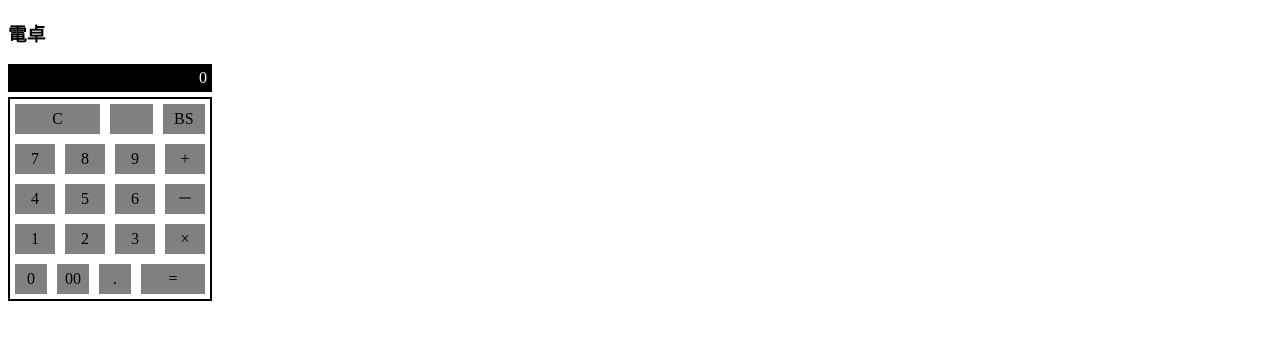
Repository: haya67/jsCalculator
Page: index.html
The author's editor kept a record of every edit. The page is drawn from the files as they stood at one moment, then again after the next edit.
The browser window is 1280 px wide. The pictures show the whole page.
Some web libraries are served in a nearby version.

Above is the page before.

### index.html
 <!DOCTYPE html>
 <html lang="en">
 <head>
 <meta charset="utf-8">
 <script src="https://code.jquery.com/jquery-3.2.1.js" integrity="sha256-DZAnKJ/6XZ9si04Hgrsxu/8s717jcIzLy3oi35EouyE=" crossorigin="anonymous"></script>
 <link rel="stylesheet" href="main.css">
 <title>電卓</title>
 </head>

 <body>
 <h3>電卓</h3>

 <!-- ここに記述していきましょう！ -->
 <div class = "container">

<!--      計算結果を出力する場所-->
      <div id = "output_total" class="output ">0</div>

<!--      計算過程を出力する -->
      <div id = "output_sub" class="output active">0</div>

<!--      ボタンを配置する場所-->
      <div class = 'input'>
          <section class = 'row'>
            <div id = "clear">C</div>
            <div class = "num_bth"></div>
            <div class = "num_bth" id="bs">BS</div>

          </section>
          <section class = 'row'>
            <div class = "num_bth one_nine " data-index-id = 7 >7</div>
            <div class = "num_bth one_nine " data-index-id = 8 >8</div>
            <div class = "num_bth one_nine " data-index-id = 9 >9</div>
            <div class = "num_bth cal" data-index-id = '+'>+</div>

          </section>
          <section class = 'row'>
            <div class = "num_bth one_nine " data-index-id = 4 >4</div>
            <div class = "num_bth one_nine " data-index-id = 5 >5</div>
            <div class = "num_bth one_nine " data-index-id = 6 >6</div>
            <div class = "num_bth cal" data-index-id = '-'>－</div>
          </section>
          <section class = 'row'>
            <div class = "num_bth  one_nine" data-index-id = 1 >1</div>
            <div class = "num_bth  one_nine" data-index-id = 2 >2</div>
            <div class = "num_bth one_nine " data-index-id = 3 >3</div>
            <div class = "num_bth cal" data-index-id = '*'>×</div>
          </section>
          <section class = 'row'>
            <div class = "num_bth" id="zero" data-index-id = 0 >0</div>
            <div class = "num_bth" data-index-id = 00 >00</div>
            <div class = "num_bth" id="point" data-index-id = . >.</div>
            <div id = 'equal_btn'>=</div>
          </section>
      </div>
    </div>

 <script src="main.js"></script>
 </body>
 </html>

### main.css
.container {
  width: 200px;
}

.output {
  width: 194px;
  text-align: right;
  padding: 5px;
  margin-bottom: 5px;
  color: white;
  background-color: black;
  /*box-sizing: border-box;*/
  display:none;
}

.output.active {
  display:block;
}

.input {
  width:200px;
  border: 2px solid black;
}

.row {
  display: flex;
  justify-content: space-between;
  width: 200px;
}

.num_bth {
  width: 60px;
  height: 30px;
  text-align: center;
  line-height: 30px;
  background: gray;
  cursor: pointer;
  margin: 5px;
}

#clear, #equal_btn{
  width: 120px;
  text-align: center;
  line-height: 30px;
  background: gray;
  cursor: pointer;
  margin: 5px;
}

### main.js
$(document).ready(function(){

    const num_bth = document.querySelectorAll('.num_bth');

    // 計算結果を表示する所
    let output_sub = document.getElementById('output_sub');

    // 計算過程を表示するところ
    const output_total = document.getElementById('output_total');

    // 計算式を表す変数
    let total = 0;

    // // 最初の状態を定義
    let state = 'start';

    // 最初の整数入力モード
    let mode = 'integer_mode';


    // 1~9を押した時
    const one_nine = document.querySelectorAll ('.one_nine');
    one_nine.forEach(index => {
        index.addEventListener('click', () => {
            if(state === 'start') {
                total = index.dataset.indexId;
            }else if (state === 'finish') {
                reset();
                total = index.dataset.indexId;
            }else if (state === 'calculation' ) {
                total += index.dataset.indexId;
            }
            output_sub.textContent = total;
            state = 'calculation'
            // changeOutput()
        });
    });


    // 0を押したとき
    const zero = document.getElementById('zero');
    zero.addEventListener('click', () => {
        if(state === 'start' || state === 'finish' || state === 'calBtn'){
            if(output_sub.textContent.slice(-1) === '0') {
                console('前の文字はゼロ');
                return;
            }
        }

        if(state === 'start') {
            total = zero.dataset.indexId;
        }else {
            total += zero.dataset.indexId;
        }
        output_sub.textContent = total;
    });


    // .を押したとき
    const point = document.getElementById('point');
    point.addEventListener('click' , () => {
        console.log(point.dataset.indexId)
        if(mode === 'decimal_mode') {
            return;
        }
        if (state === 'start' || state === 'finish' ) {
            total = 0;
        }else if(state = 'calBtn') {
            if(output_sub.textContent.slice(-1) !=='0'){
                total += 0;
            }
        }
        total += point.dataset.indexId

        output_sub.textContent = total;
        state = 'calculation';
        mode = 'decimal_mode';

    });

    // +÷-×を押したとき
    const cal = document.querySelectorAll('.cal');
    cal.forEach(index => {
        index.addEventListener('click' , () => {
            if (state === 'start') {
                return;
            }else if(state === 'calculation') {
                total += index.dataset.indexId;
            }else if(state === 'finish') {
                total = output_total.textContent;
                total += index.dataset.indexId;
                output_total.textContent = 0;
            }
            console.log(index.dataset.indexId);
            output_sub.textContent = total;
            state = 'calBtn';
            mode = 'integer_mode';
        });
    });




    // =を押した時
    const equal_btn = document.getElementById('equal_btn');
    equal_btn.addEventListener('click', () => {
        console.log(eval(total));
        output_total.textContent = eval(total);
        state = 'finish';
        mode = 'integer_mode';
    });


    // Cを押した時
    const clear = document.getElementById('clear')
    clear.addEventListener('click' , () =>{
        reset();
    });

    function reset() {
        total = 0;
        output_sub.textContent = 0;
        output_total.textContent = 0;
        mode = 'integer_mode';
    };


    // // 計算過程画面と計算結果画面の切り替え
    function changeOutput() {
        if (state === 'finish') {
            output_total.classList.add('active');
            output_sub.classList.remove('active');
        } else{
            output_sub.classList.add('active');
            output_total.classList.remove('active');
        }
    };





})

After the next edit:
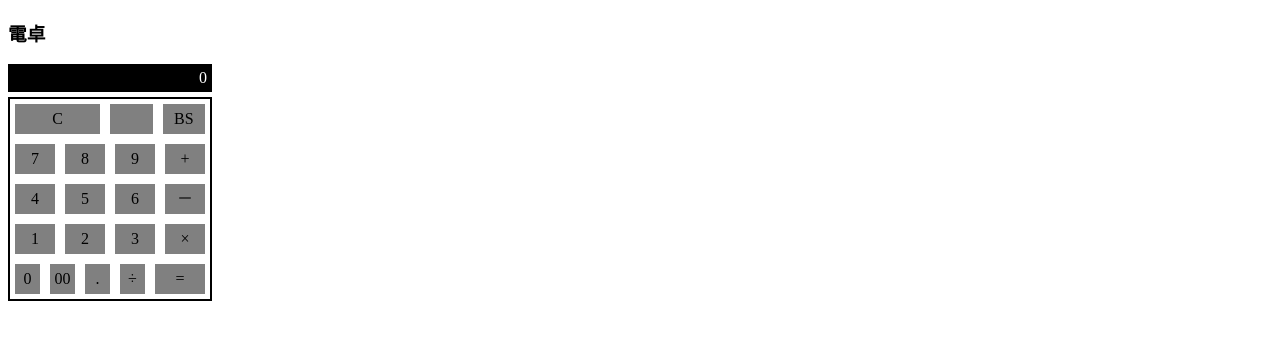
The edit:
--- a/index.html
+++ b/index.html
@@ -50,6 +50,7 @@
             <div class = "num_bth" id="zero" data-index-id = 0 >0</div>
             <div class = "num_bth" data-index-id = 00 >00</div>
             <div class = "num_bth" id="point" data-index-id = . >.</div>
+            <div class = "num_bth cal" data-index-id= '/'>÷</div>
             <div id = 'equal_btn'>=</div>
           </section>
       </div>
